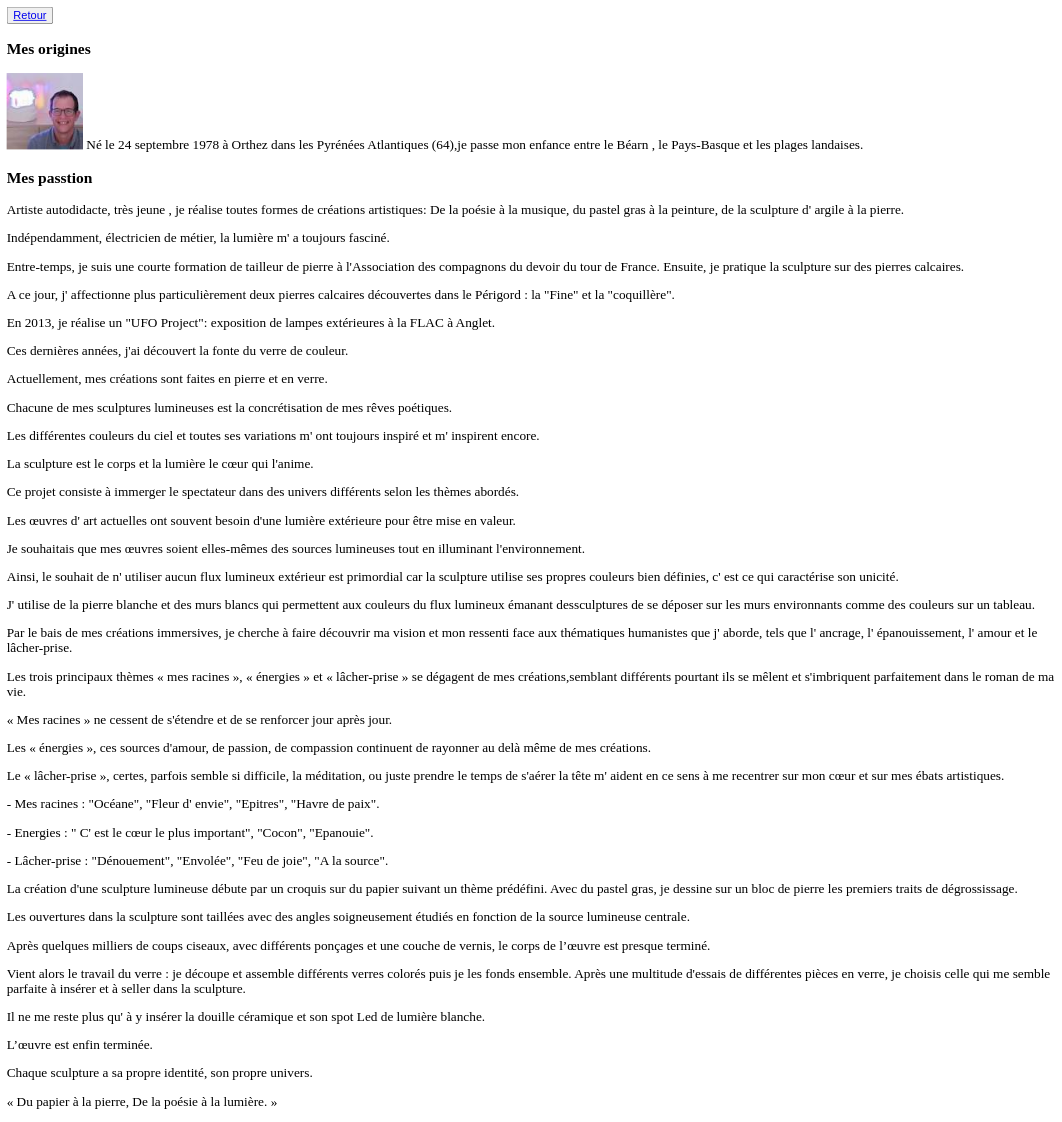
Repository: lysianebo/EricBidart
Page: presentation_more.html
These files come from the project's save history. The page is drawn as it stood at one moment and after the next save; the edit follows.
The browser window is 1280 px wide. The pictures show the whole page, at 83% of full size.

Above is the page before, as saved 2023-10-29 10:11:00.

After the next save:
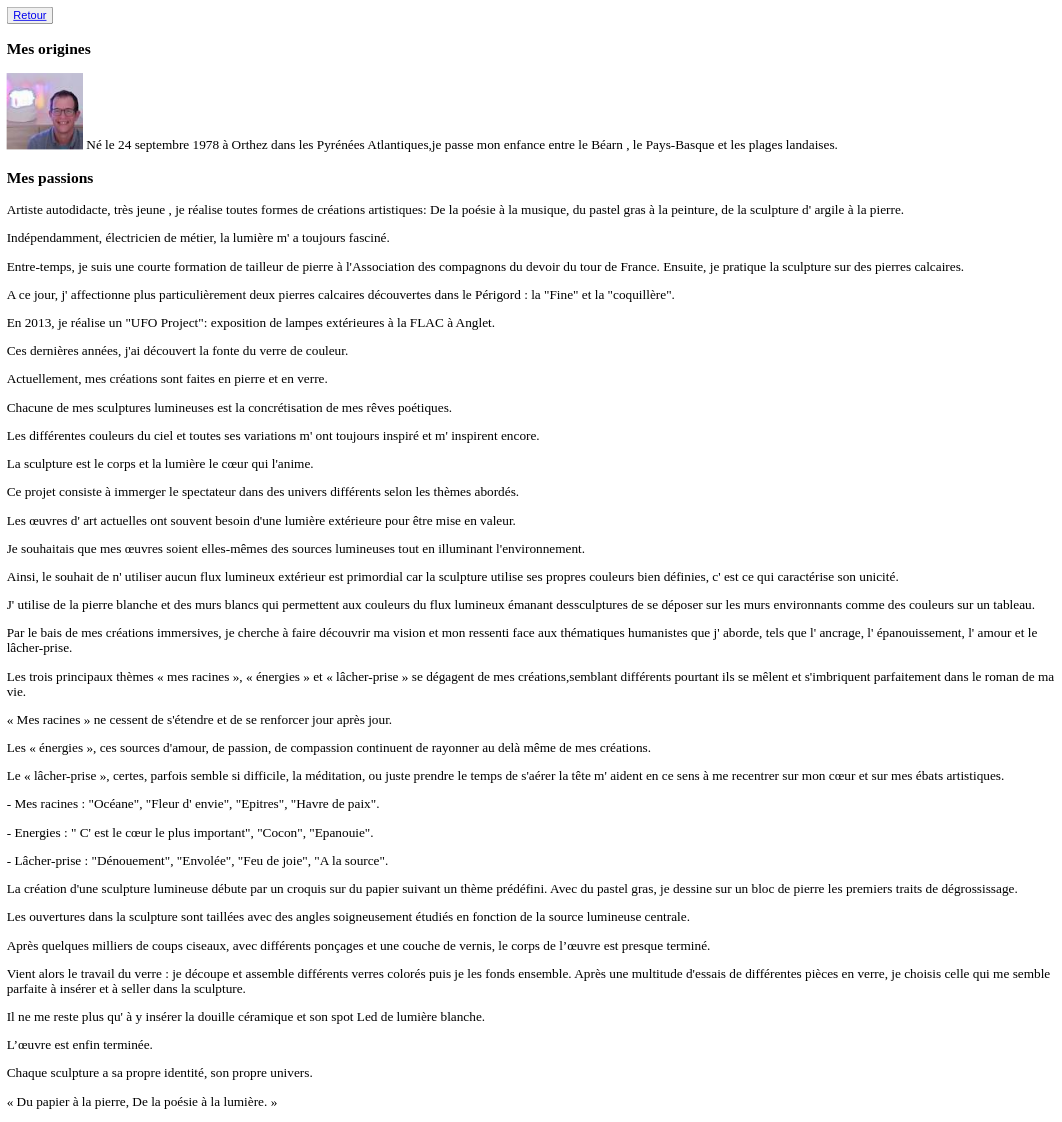
Saved 51 s later.
--- a/presentation_more.html
+++ b/presentation_more.html
@@ -11,8 +11,8 @@
     <button class="back-button"><a href="presentation.html">Retour</a></button>
     <div id="presentation" class="content" >
         <h3>Mes origines</h3>
-        <p class="text"><img src="public/images/happy_moi.jpeg" alt=""> Né le 24 septembre 1978 à Orthez dans les Pyrénées Atlantiques (64),je passe mon enfance entre le Béarn , le Pays-Basque et les plages landaises.</p>
-        <h3>Mes passtion</h3>
+        <p class="text"><img src="public/images/happy_moi.jpeg" alt=""> Né le 24 septembre 1978 à Orthez dans les Pyrénées Atlantiques,je passe mon enfance entre le Béarn , le Pays-Basque et les plages landaises.</p>
+        <h3>Mes passions</h3>
         <p> Artiste autodidacte, très jeune , je réalise toutes formes de créations artistiques: De la poésie à la musique, du pastel gras à la peinture, de la sculpture d' argile à la pierre.</p>
         <p> Indépendamment, électricien de métier, la lumière m' a toujours fasciné.</p>
         <p> Entre-temps, je suis une courte formation de tailleur de pierre à l'Association des compagnons du devoir du
